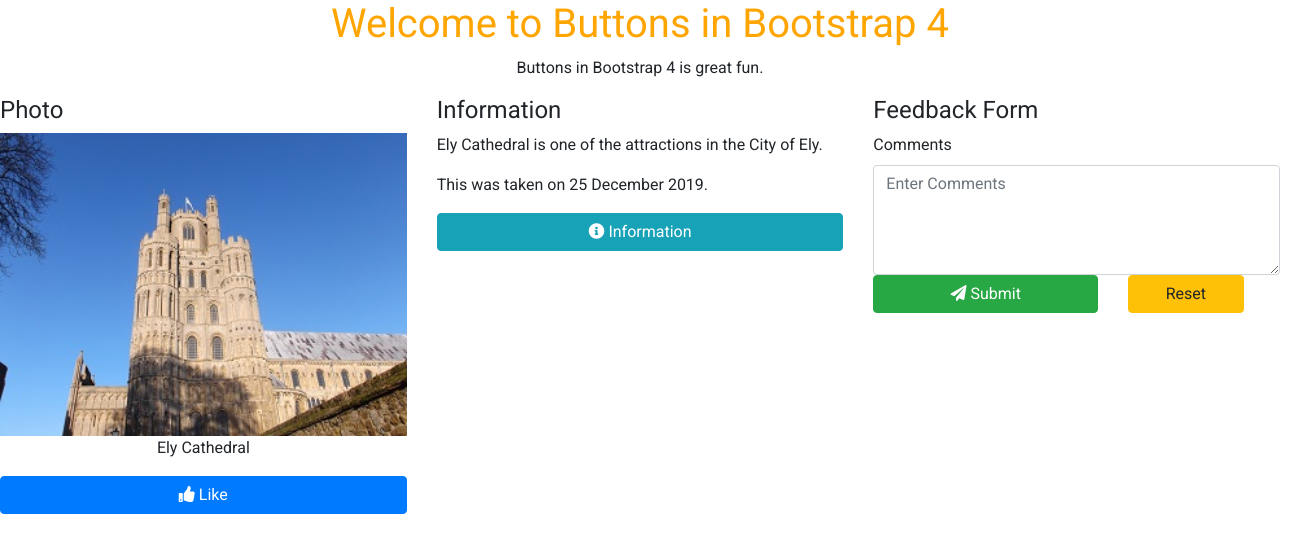
Repository: derektypist/buttons-in-bootstrap-4
Page: index.html
The author's editor kept a record of every edit. The page is drawn from the files as they stood at one moment, then again after the next edit.
The browser window is 1280 px wide. The page is 1295 px wide, so the pictures cover 1295 px, including what lies to the right of the window. The pictures show the whole page.
Some web libraries are served in a nearby version.

Above is the page before.

### index.html
<!DOCTYPE html>
<html lang="en">

<head>
    <meta charset="UTF-8">
    <meta name="viewport" content="width=device-width, initial-scale=1.0">
    <meta http-equiv="X-UA-Compatible" content="ie=edge">
    <title>Buttons in Bootstrap 4</title>
    <!-- Load Style Sheets -->
    <link rel="stylesheet" href="https://maxcdn.bootstrapcdn.com/bootstrap/4.4.1/css/bootstrap.min.css" integrity="sha384-Vkoo8x4CGsO3+Hhxv8T/Q5PaXtkKtu6ug5TOeNV6gBiFeWPGFN9MuhOf23Q9Ifjh" crossorigin="anonymous">
    <link rel="stylesheet" href="https://use.fontawesome.com/releases/v5.8.1/css/all.css" integrity="sha384-50oBUHEmvpQ+1lW4y57PTFmhCaXp0ML5d60M1M7uH2+nqUivzIebhndOJK28anvf" crossorigin="anonymous">
    <link href="https://fonts.googleapis.com/css?family=Roboto&display=swap" rel="stylesheet">
    <link rel="stylesheet" href="style.css">
</head>

<body>
    <!-- Set up Heading -->
    <h1>Welcome to Buttons in Bootstrap 4</h1>
    <p class="text-center">Buttons in Bootstrap 4 is great fun.</p>
    <!-- Set Up Section -->
    <section>
        <!-- Set Up Article -->
        <article class="row">
            <article class="col-sm-4">
                <!-- Display Article Heading -->
                <h4>Photo</h4>
                <!-- Display Image -->
                <figure>
                    <img src="images/ely-cathedral.JPG" alt="Ely Cathedral" class="img-fluid">
                    <figcaption class="text-center">Ely Cathedral</figcaption>
                </figure>
                <!-- Create Button -->
                <button class="btn btn-primary btn-block"><i class="fas fa-thumbs-up"></i> Like</button>

            </article>

            <!-- Set Up Article -->
            <article class="col-sm-4">
                <!-- Display Article Heading -->
                <h4>Information</h4>
                <!-- Display Information -->
                <p>Ely Cathedral is one of the attractions in the City of Ely.</p>
                <p>This was taken on 25 December 2019.</p>
                <!-- Create Button -->
                <button class="btn btn-info btn-block"><i class="fas fa-info-circle"></i> Information</button>
            </article>

            <!-- Set Up Article -->
            <article class="col-sm-4">
                <!-- Display Article Heading -->
                <h4>Feedback Form</h4>
                <!-- Set Up Form for Comments -->
                <form>
                    <label for="comments">Comments</label>
                    <textarea class="form-control" placeholder="Enter Comments" rows="4" id="comments"></textarea>
                    <!-- Set up Row -->
                    <article class="row">
                        <!-- Set up column for Submit Button -->
                        <article class="col-sm-7 col-xs-8">
                            <button type="submit" value="Submit" class="btn btn-success btn-block" onclick="acknowledge()"><i class="fa fa-paper-plane"></i> Submit</button>
                        </article>
                        <!-- Set up column for Reset Button -->
                        <article class="col-sm-4 col-xs-4">
                            <button type="reset" value="Reset" class="btn btn-warning btn-block">Reset</button>
                        </article>

                    </article>

                </form>

                <!-- Display Acknowledgement -->
                <p id="message"></p>
            </article>
        </article>
    </section>
    <!-- Load Script -->
    <script>
        // Function to Acknowledge input of comments
        function acknowledge() {
            document.getElementById("message").innerHTML = "Thank you for your input";
        }
    </script>
</body>

</html>

### style.css
/* Body */
body {
    font-family: "Roboto", Arial, Verdana, sans-serif;
}

/* Heading H1 */
h1 {
    text-align: center;
    color: orange;
}

/* Images */
img {
    display: block;
    margin: auto;
    width: 100%;
}

.mypadding {
    padding: 5px;
}

After the next edit:
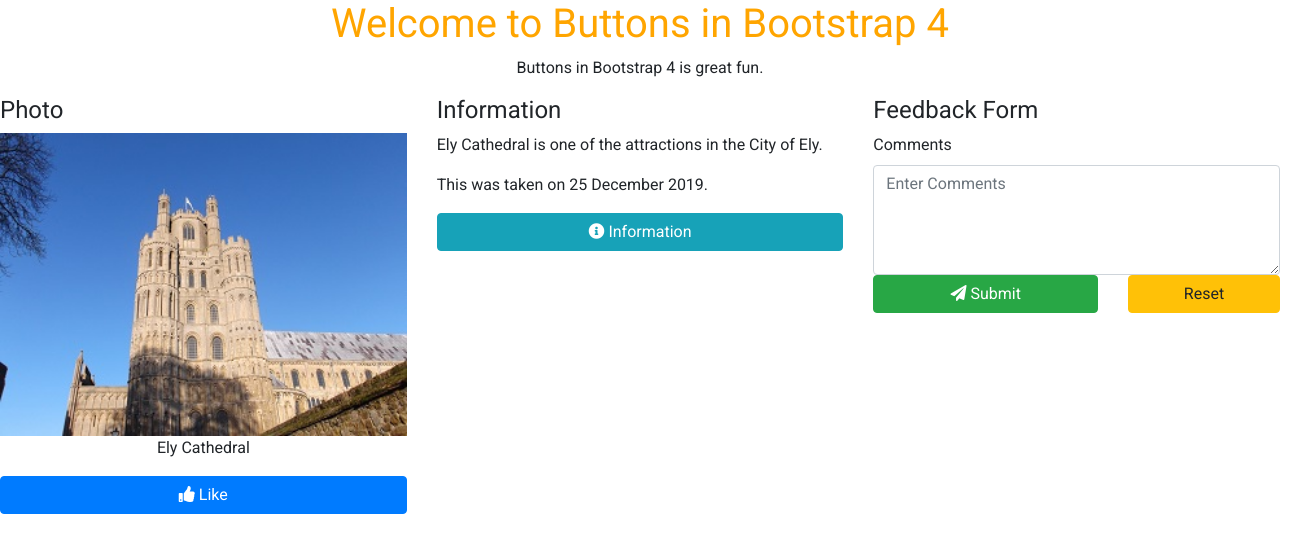
The edit:
--- a/index.html
+++ b/index.html
@@ -60,7 +60,7 @@
                             <button type="submit" value="Submit" class="btn btn-success btn-block" onclick="acknowledge()"><i class="fa fa-paper-plane"></i> Submit</button>
                         </article>
                         <!-- Set up column for Reset Button -->
-                        <article class="col-sm-4 col-xs-4">
+                        <article class="col-sm-5 col-xs-4">
                             <button type="reset" value="Reset" class="btn btn-warning btn-block">Reset</button>
                         </article>
 
